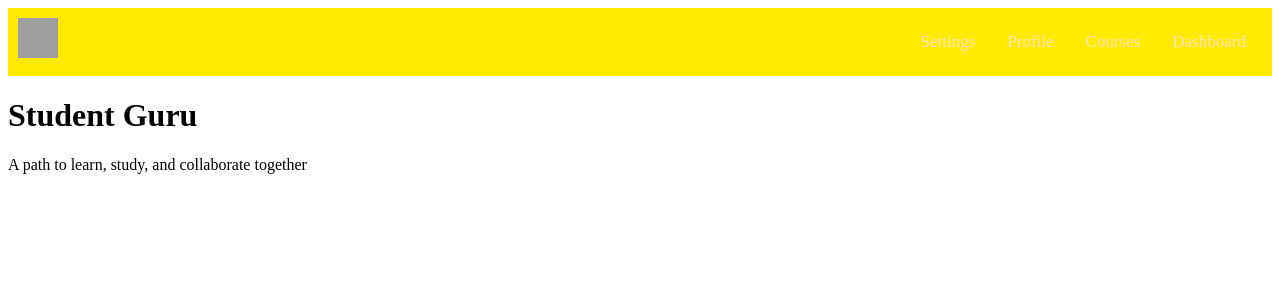
Repository: Priyadharshini-J-CSE/Intership-2025-december
Page: dashboard.html
An editor plug-in stored every save of this project. The page is shown before and after the next save, followed by the edit.
The browser window is 1280 px wide. The pictures show the whole page.
Pictures or frames that could not be fetched are drawn as grey boxes.

Above is the page before, as saved 2025-12-01 14:31:51.

After the next save:
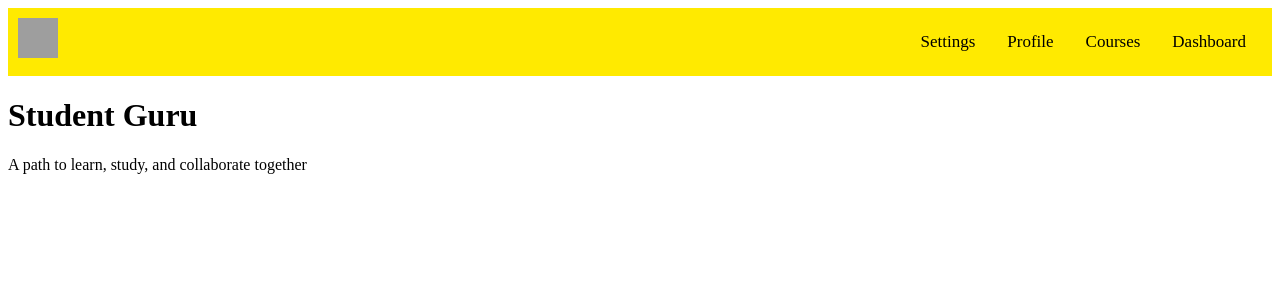
Saved 4 s later.
--- a/dashboard.html
+++ b/dashboard.html
@@ -20,7 +20,7 @@ width: 40px;
             padding: 14px 16px;
             text-decoration: none;
             font-size: 17px;
-            color: bisque;
+            color: rgb(0, 0, 0);
         }
     </style>
 </head>
